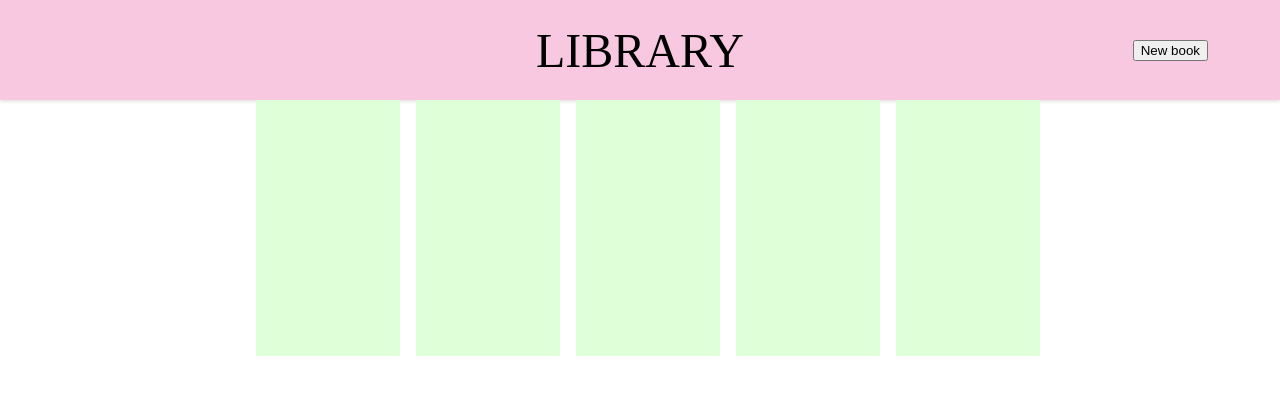
Repository: yeetzpxoci/library
Page: index.html
An editor plug-in stored every save of this project. The page is shown before and after a run of saves, followed by the edit.
The browser window is 1280 px wide. The pictures show the whole page.
Some web fonts or font styles are not loaded; a fallback is used.

Above is the page before, as saved 2023-02-21 15:00:38.

### index.html
<!DOCTYPE html>
<html lang="en">
<head>
    <meta charset="UTF-8">
    <meta http-equiv="X-UA-Compatible" content="IE=edge">
    <meta name="viewport" content="width=device-width, initial-scale=1.0">
    <title>Library</title>
    <link rel="stylesheet" href="styles.css">
    <link rel="preconnect" href="https://fonts.googleapis.com">
    <link rel="preconnect" href="https://fonts.gstatic.com" crossorigin>
    <link href="https://fonts.googleapis.com/css2?family=Roboto:wght@500&display=swap" rel="stylesheet">
    <link href="https://fonts.googleapis.com/css2?family=Gloock&display=swap" rel="stylesheet">
</head>
<body>
    <div class="header">
        <p></p>
        <p>LIBRARY</p>
        <button onclick="addBookToLibrary()" id="addBook">New book</button>
    </div>

    <form>
        <fieldset>
            <label for="title">Title</label>
            <input type="text" name="title" id="title">
            <label for="author">Author</label>
            <input type="text" name="author" id="author">
            <label for="pages">Pages</label>
            <input type="number" name="pages" id="pages">
            <label for="read">Have you read the book?</label>
            <input type="checkbox" name="read" id="read">
        </fieldset>
    </form>

    <div id="cards">

    </div>
<script src="script.js"></script>
</body>
</html>

### styles.css
html, body {
    margin: 0;
    padding: 0;
}

body {
    min-height: 100vh;
    background-color: white;
}

.header {
    display: flex;
    align-items: center;
    justify-content: center;
    width: 100%;
    height: 100px;
    background-color: #F7C8E0;
    box-shadow: rgba(0, 0, 0, 0.16) 0px 1px 4px;
}

.header p {
    font-family: 'Gloock', serif;
    font-size: 48px;
}

#addBook {
    position: absolute;
    right: 72px;
}

#cards {
    display: grid;
    grid-template-columns: 1fr 1fr 1fr 1fr 1fr;
    gap: 16px;
    margin-right: 256px;
    margin-left: 256px;
}

.card {
    height: 256px;
    width: 144px;
    background-color: #DFFFD8;
    align-self: center;
    justify-self: center;
}

form {
    display: none;
}

### script.js
const title = document.getElementById("title").value
const author = document.getElementById("author").value
const pages = document.getElementById("pages").value
const read = document.getElementById("read").checked
const cards = document.getElementById("cards")

let myLibrary = [];

function Book(title, author, pages, read) {
    this.title = title;
    this.author = author;
    this.pages = pages;
    this.read = read;
    this.info = function () {
        return title + " by " + author + ", " + String(pages) + " pages, not read yet"
    }
}

function addBookToLibrary() {
    let book = new Book(title, author, pages, read);
    myLibrary.push(book);
    console.log(myLibrary.length)
}

function displayBooks() {
    for (let i = 0; i < myLibrary.length; i++) {
        const newDiv = document.createElement("div");
        newDiv.setAttribute("class", "card");
        cards.appendChild(newDiv);
    }
}

let book1 = new Book("htomi" , "hs", 23, true);
let book2 = new Book("yeet", "asd", 65, false);
let book3 = new Book("smth", "bsdf", 1, true);
let book4 = new Book("smth", "bsdf", 1, true);
let book5 = new Book("smth", "bsdf", 1, true);
myLibrary.push(book1, book2, book3, book4, book5);
displayBooks();

After the next 2 saves:
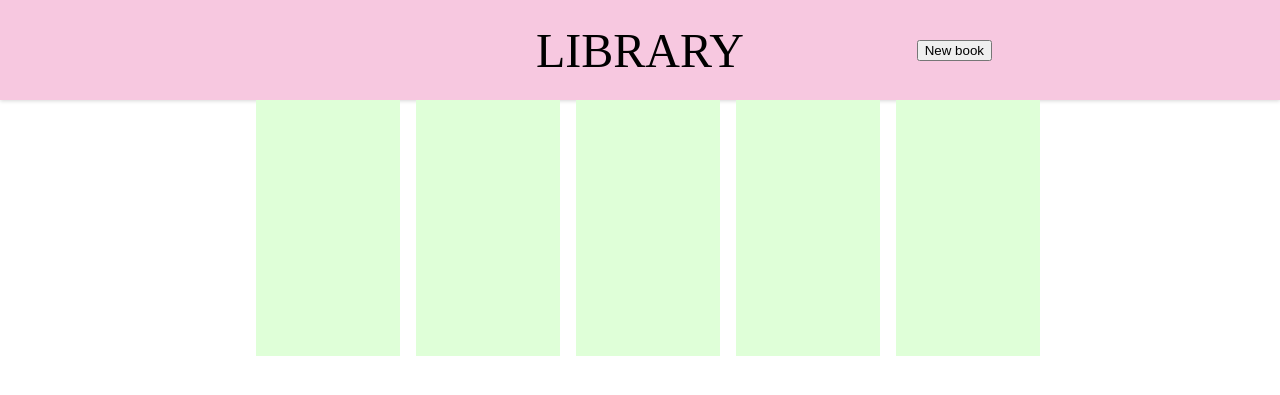
The 2 saves are shown as one change because they came seconds apart.
The last was saved 10 s later.
--- a/styles.css
+++ b/styles.css
@@ -25,7 +25,7 @@ body {
 
 #addBook {
     position: absolute;
-    right: 72px;
+    right: 288px;
 }
 
 #cards {
